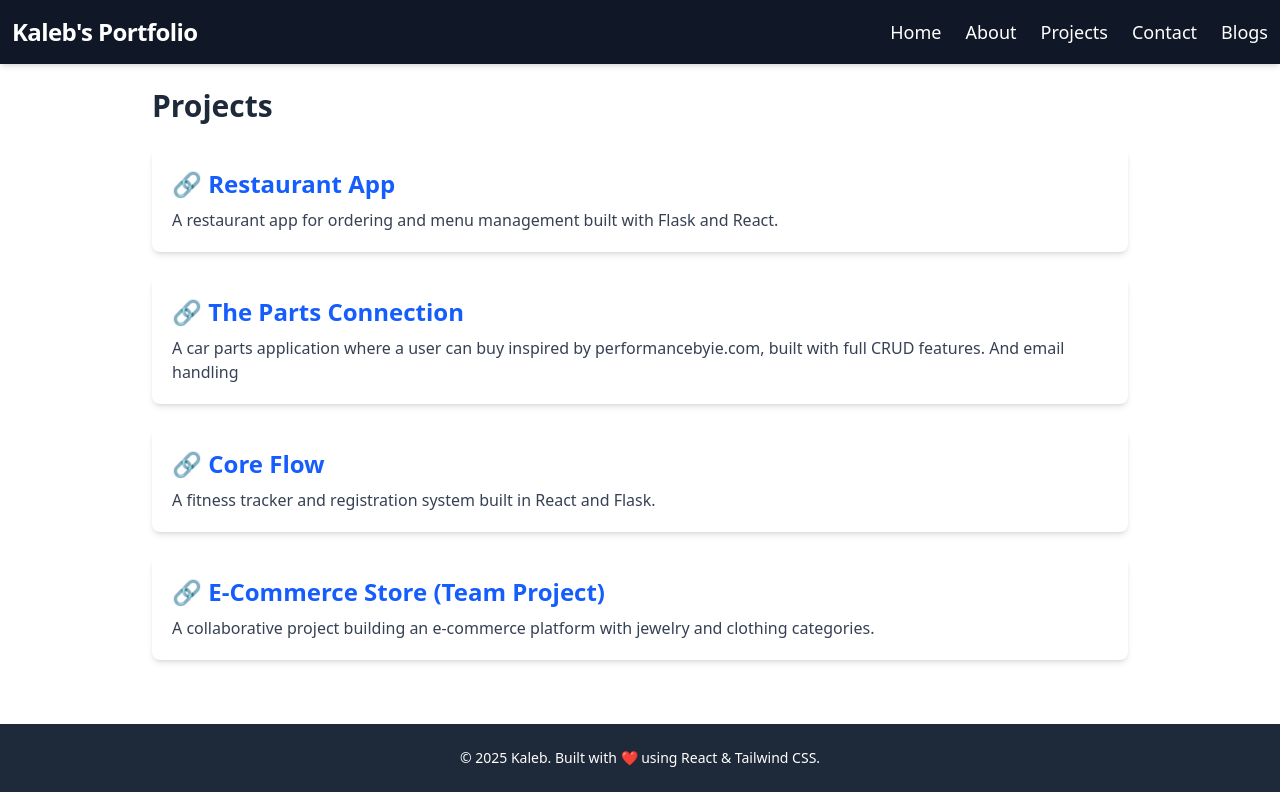
Repository: KalebMalone/portfolio-site
Page: /projects
These files come from the project's save history. The page is drawn as it stood at one moment and after the next save; the edit follows.
The browser window is 1280 px wide. The pictures show the whole page.
The project was rebuilt for these pictures with package versions that can differ from the ones it lists, and the page was loaded fresh each time. Also part of the build but not shown: vite.config.js, src/pages/Home.jsx, src/pages/About.jsx, src/pages/Contact.jsx, src/pages/Blogs.jsx.

Above is the page before, as saved 2025-04-23 17:40:31.

After the next save:
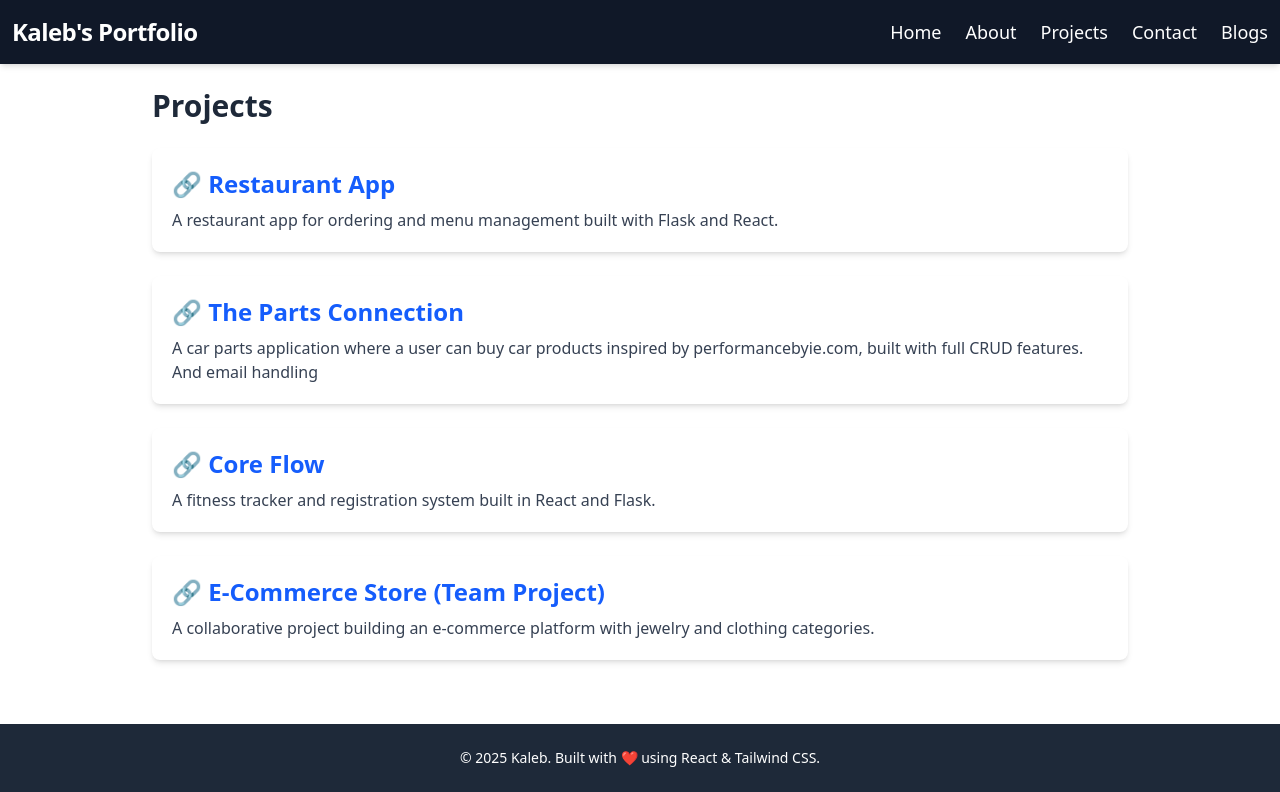
Saved 4 s later.
--- a/src/pages/Projects.jsx
+++ b/src/pages/Projects.jsx
@@ -10,7 +10,7 @@
         {
             name: 'The Parts Connection',
             link: 'https://github.com/KalebMalone/The-parts-connection',
-            description: 'A car parts application where a user can buy  inspired by performancebyie.com, built with full CRUD features. And email handling'
+            description: 'A car parts application where a user can buy car products inspired by performancebyie.com, built with full CRUD features. And email handling'
         },
         {
             name: 'Core Flow',

After the save that followed:
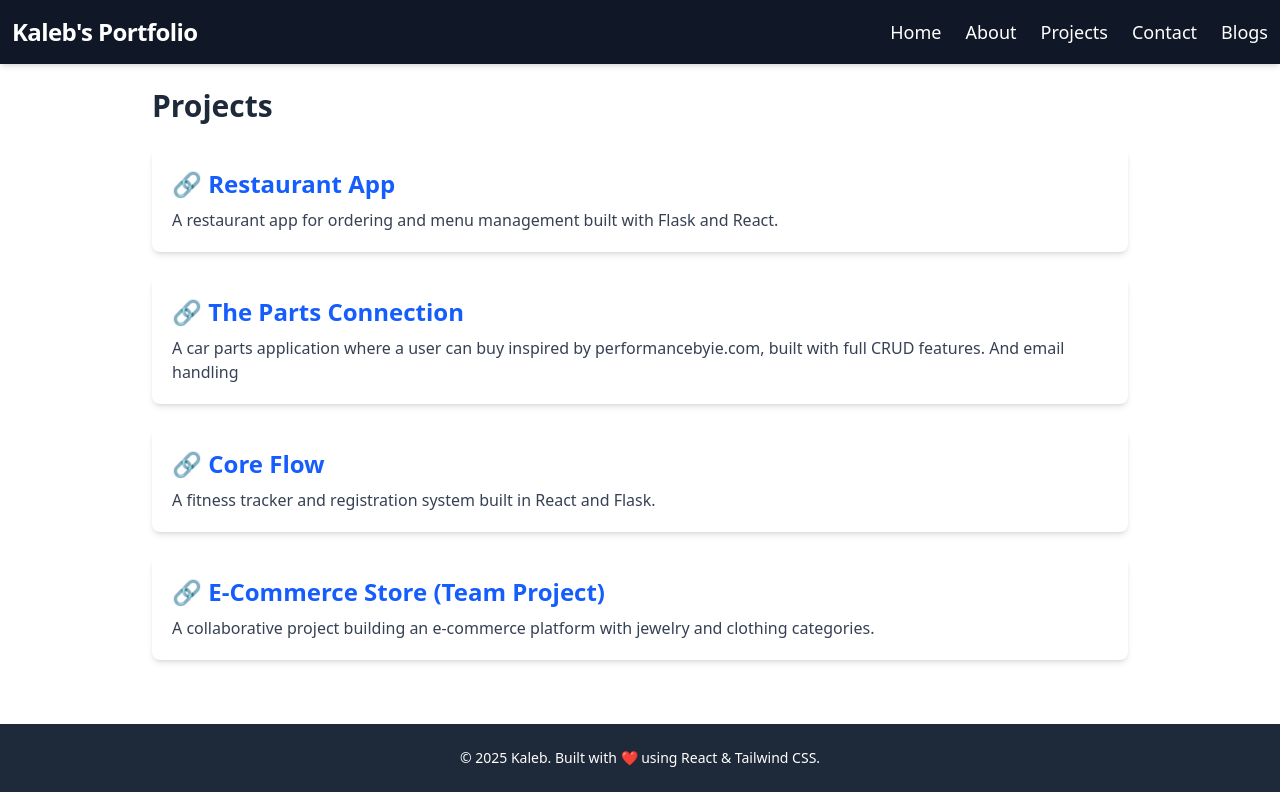
Saved 6 s later.
--- a/src/pages/Projects.jsx
+++ b/src/pages/Projects.jsx
@@ -10,7 +10,7 @@
         {
             name: 'The Parts Connection',
             link: 'https://github.com/KalebMalone/The-parts-connection',
-            description: 'A car parts application where a user can buy car products inspired by performancebyie.com, built with full CRUD features. And email handling'
+            description: 'A car parts application where a user can buy inspired by performancebyie.com, built with full CRUD features. And email handling'
         },
         {
             name: 'Core Flow',
